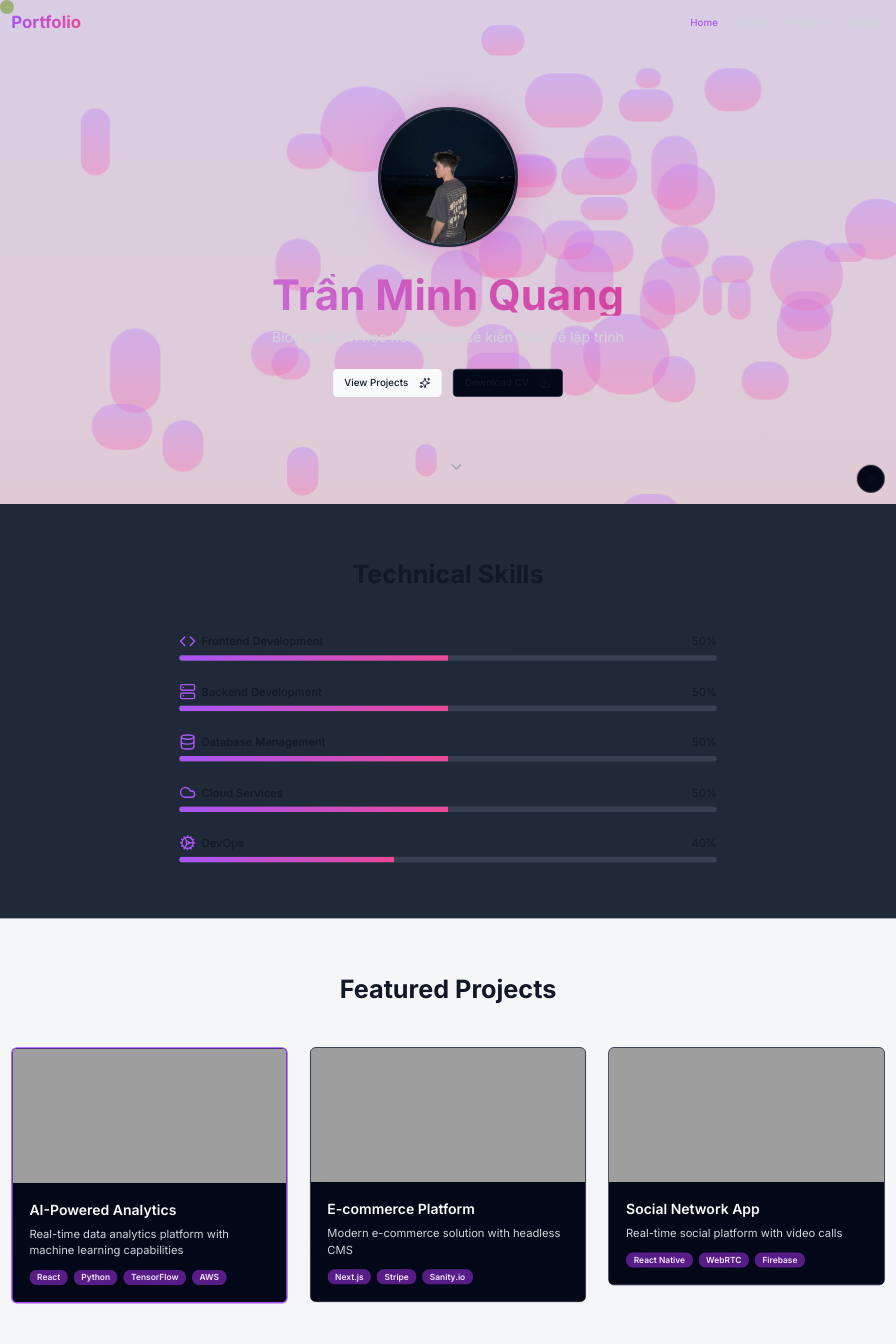
Repository: minhquang203/blog
Page: /
An editor plug-in stored every save of this project. The page is shown before and after a run of saves, followed by the edit.
The browser window is 1280 px wide. The pictures show the part of the page from y = 0 to 1920 px (the page is 2676 px tall), at 70% of full size.
Pictures or frames that could not be fetched are drawn as grey boxes. The project was rebuilt for these pictures with package versions that can differ from the ones it lists, and the page was loaded fresh each time. The framework's server and built-in components were replaced by stand-ins that run in the browser. Also part of the build but not shown: next.config.ts.

Above is the page before, as saved 2024-12-24 18:18:01.

### app/layout.tsx
import { Inter } from 'next/font/google'
import './globals.css'

const inter = Inter({ subsets: ['latin'] })

export default function RootLayout({
  children,
}: {
  children: React.ReactNode
}) {
  return (
    <html lang="en" className="scroll-smooth">
      <head>
        <title>Minh Quang - Web Developer Portfolio</title>
        <meta name="description" content="Full Stack Web Developer specializing in React, Node.js, and modern web technologies" />
      </head>
      <body className={`${inter.className} dark:bg-gray-900`}>
        {children}
      </body>
    </html>
  )
}

### app/page.tsx
"use client";

import { ContactForm } from "@/components/ContactForm";
import { Navbar } from "@/components/Navbar";
import { ProjectCard } from "@/components/ProjectCard";
import { SkillBar } from "@/components/SkillBar";
import { Button } from "@/components/ui/button";
import { motion, useScroll } from "framer-motion";
import {
  ChevronDown,
  Cloud,
  Code,
  Cog,
  Database,
  Download,
  Github,
  Globe,
  Linkedin,
  Mail,
  Moon,
  Server,
  Sparkles,
  Sun,
} from "lucide-react";
import dynamic from "next/dynamic";
import Image from "next/image";
import { useState } from "react";

const AnimatedBackground = dynamic(
  () => import("@/components/AnimatedBackground"),
  { ssr: false }
);
const AnimatedCursor = dynamic(() => import("@/components/AnimatedCursor"), {
  ssr: false,
});

const fadeInUp = {
  hidden: { opacity: 0, y: 20 },
  visible: { opacity: 1, y: 0, transition: { duration: 0.6 } },
};

export default function Home() {
  const [theme, setTheme] = useState("dark");
  const { scrollY } = useScroll();
  const [activeSection, setActiveSection] = useState("home");

  const skills = [
    { name: "Frontend Development", level:50, icon: Code },
    { name: "Backend Development", level: 50, icon: Server },
    { name: "Database Management", level: 50, icon: Database },
    { name: "Cloud Services", level: 50, icon: Cloud },
    { name: "DevOps", level: 40, icon: Cog },
  ];

  const projects = [
    {
      title: "AI-Powered Analytics",
      description:
        "Real-time data analytics platform with machine learning capabilities",
      image: "/placeholder.svg?height=400&width=600",
      tags: ["React", "Python", "TensorFlow", "AWS"],
      link: "#",
      featured: true,
    },
    {
      title: "E-commerce Platform",
      description: "Modern e-commerce solution with headless CMS",
      image: "/placeholder.svg?height=400&width=600",
      tags: ["Next.js", "Stripe", "Sanity.io"],
      link: "#",
    },
    {
      title: "Social Network App",
      description: "Real-time social platform with video calls",
      image: "/placeholder.svg?height=400&width=600",
      tags: ["React Native", "WebRTC", "Firebase"],
      link: "#",
    },
  ];

  const toggleTheme = () => {
    setTheme(theme === "dark" ? "light" : "dark");
    document.documentElement.classList.toggle("dark");
  };

  return (
    <div
      className={`min-h-screen bg-gradient-to-b from-gray-50 to-gray-100 dark:from-gray-900 dark:to-gray-800 text-gray-900 dark:text-white transition-colors duration-300 ${theme}`}
    >
      <AnimatedCursor />
      <Navbar
        activeSection={activeSection}
        setActiveSection={setActiveSection}
      />

      {/* Hero Section */}
      <section
        id="home"
        className="relative min-h-screen flex items-center justify-center overflow-hidden"
      >
        <AnimatedBackground />
        <div className="container mx-auto px-4 z-10">
          <motion.div
            initial={{ opacity: 0, y: 20 }}
            animate={{ opacity: 1, y: 0 }}
            transition={{ duration: 0.8 }}
            className="text-center"
          >
            <motion.div
              initial={{ scale: 0 }}
              animate={{ scale: 1 }}
              transition={{ type: "spring", stiffness: 260, damping: 20 }}
              className="relative inline-block mb-8"
            >
              <div className="absolute inset-0 animate-pulse bg-gradient-to-r from-purple-400 to-pink-600 rounded-full blur-xl opacity-50"></div>
              <Image
                src="/minhquang.jpg?height=200&width=200"
                alt="Profile"
                width={200}
                height={200}
                className="rounded-full relative z-10 border-4 border-white dark:border-gray-800"
              />
            </motion.div>
            <motion.h1
              className="text-6xl font-bold mb-4 bg-clip-text text-transparent bg-gradient-to-r from-purple-400 to-pink-600"
              initial={{ opacity: 0 }}
              animate={{ opacity: 1 }}
              transition={{ delay: 0.2 }}
            >
              Trần Minh Quang
            </motion.h1>
            <motion.p
              className="text-xl mb-8 text-gray-600 dark:text-gray-300"
              initial={{ opacity: 0 }}
              animate={{ opacity: 1 }}
              transition={{ delay: 0.3 }}
            >
              Blog cá nhân học hỏi và chia sẻ kiến thức về lập trình
            </motion.p>
            <motion.div
              initial={{ opacity: 0 }}
              animate={{ opacity: 1 }}
              transition={{ delay: 0.4 }}
              className="flex justify-center gap-4"
            >
              <Button className="group">
                View Projects
                <Sparkles className="ml-2 h-4 w-4 transition-transform group-hover:rotate-12" />
              </Button>
              <Button variant="outline" className="group">
                Download CV
                <Download className="ml-2 h-4 w-4 transition-transform group-hover:-translate-y-1" />
              </Button>
            </motion.div>
          </motion.div>
        </div>
        <motion.div
          animate={{ y: [0, -10, 0] }}
          transition={{ duration: 2, repeat: Infinity }}
          className="absolute bottom-10 left-1/2 transform -translate-x-1/2"
        >
          <ChevronDown className="h-6 w-6 text-gray-400" />
        </motion.div>
      </section>

      {/* Skills Section */}
      <section id="skills" className="py-20 bg-white dark:bg-gray-800">
        <div className="container mx-auto px-4">
          <motion.h2
            className="text-4xl font-bold text-center mb-16"
            initial={{ opacity: 0 }}
            whileInView={{ opacity: 1 }}
            viewport={{ once: true }}
          >
            Technical Skills
          </motion.h2>
          <div className="max-w-3xl mx-auto space-y-8">
            {skills.map((skill, index) => (
              <SkillBar key={index} skill={skill} index={index} />
            ))}
          </div>
        </div>
      </section>

      {/* Projects Section */}
      <section id="projects" className="py-20">
        <div className="container mx-auto px-4">
          <motion.h2
            className="text-4xl font-bold text-center mb-16"
            initial={{ opacity: 0 }}
            whileInView={{ opacity: 1 }}
            viewport={{ once: true }}
          >
            Featured Projects
          </motion.h2>
          <div className="grid grid-cols-1 md:grid-cols-2 lg:grid-cols-3 gap-8">
            {projects.map((project, index) => (
              <ProjectCard key={index} project={project} index={index} />
            ))}
          </div>
        </div>
      </section>

      {/* Contact Section */}
      <section id="contact" className="py-20 bg-white dark:bg-gray-800">
        <div className="container mx-auto px-4">
          <motion.h2
            className="text-4xl font-bold text-center mb-16"
            initial={{ opacity: 0 }}
            whileInView={{ opacity: 1 }}
            viewport={{ once: true }}
          >
            Let's Connect
          </motion.h2>
          <div className="max-w-4xl mx-auto">
            <ContactForm />
          </div>
          <motion.div
            className="flex justify-center space-x-6 mt-12"
            initial={{ opacity: 0 }}
            whileInView={{ opacity: 1 }}
            viewport={{ once: true }}
          >
            {[
              { icon: Github, href: "https://github.com", label: "GitHub" },
              {
                icon: Linkedin,
                href: "https://linkedin.com",
                label: "LinkedIn",
              },
              {
                icon: Mail,
                href: "mailto:contact@example.com",
                label: "Email",
              },
              { icon: Globe, href: "https://example.com", label: "Website" },
            ].map((item, index) => (
              <motion.a
                key={index}
                href={item.href}
                target="_blank"
                rel="noopener noreferrer"
                className="social-icon p-3 rounded-full bg-gray-100 dark:bg-gray-700 hover:bg-purple-100 dark:hover:bg-purple-900 transition-colors"
                whileHover={{ scale: 1.1 }}
                whileTap={{ scale: 0.95 }}
              >
                <item.icon className="h-6 w-6" />
                <span className="sr-only">{item.label}</span>
              </motion.a>
            ))}
          </motion.div>
        </div>
      </section>

      <Button
        className="fixed bottom-4 right-4 rounded-full p-2"
        variant="outline"
        size="icon"
        onClick={toggleTheme}
      >
        {theme === "dark" ? (
          <Sun className="h-5 w-5" />
        ) : (
          <Moon className="h-5 w-5" />
        )}
      </Button>
    </div>
  );
}

### components/ContactForm.tsx
'use client'

import { useState } from 'react'
import { motion } from 'framer-motion'
import { Button } from "@/components/ui/button"
import { Send } from 'lucide-react'

export function ContactForm() {
  const [isSubmitting, setIsSubmitting] = useState(false)

  const handleSubmit = async (e: React.FormEvent) => {
    e.preventDefault()
    setIsSubmitting(true)
    // Add your form submission logic here
    await new Promise(resolve => setTimeout(resolve, 1000))
    setIsSubmitting(false)
  }

  return (
    <motion.form
      initial={{ opacity: 0 }}
      whileInView={{ opacity: 1 }}
      viewport={{ once: true }}
      className="space-y-6"
      onSubmit={handleSubmit}
    >
      <div className="grid grid-cols-1 md:grid-cols-2 gap-6">
        <div>
          <label htmlFor="name" className="block text-sm font-medium mb-2">Name</label>
          <input
            type="text"
            id="name"
            required
            className="w-full p-3 rounded-lg bg-gray-100 dark:bg-gray-700 border-2 border-transparent focus:border-purple-500 transition-colors"
          />
        </div>
        <div>
          <label htmlFor="email" className="block text-sm font-medium mb-2">Email</label>
          <input
            type="email"
            id="email"
            required
            className="w-full p-3 rounded-lg bg-gray-100 dark:bg-gray-700 border-2 border-transparent focus:border-purple-500 transition-colors"
          />
        </div>
      </div>
      <div>
        <label htmlFor="message" className="block text-sm font-medium mb-2">Message</label>
        <textarea
          id="message"
          required
          rows={6}
          className="w-full p-3 rounded-lg bg-gray-100 dark:bg-gray-700 border-2 border-transparent focus:border-purple-500 transition-colors"
        ></textarea>
      </div>
      <Button
        type="submit"
        className="w-full md:w-auto"
        disabled={isSubmitting}
      >
        {isSubmitting ? (
          'Sending...'
        ) : (
          <>
            Send Message
            <Send className="ml-2 h-4 w-4" />
          </>
        )}
      </Button>
    </motion.form>
  )
}

### components/ProjectCard.tsx
'use client'

import Image from 'next/image'
import { motion } from 'framer-motion'
import { Card, CardContent } from "@/components/ui/card"
import { Badge } from "@/components/ui/badge"
import { ExternalLink, Github } from 'lucide-react'

interface ProjectCardProps {
  project: {
    title: string
    description: string
    image: string
    tags: string[]
    link: string
    featured?: boolean
  }
  index: number
}

export function ProjectCard({ project, index }: ProjectCardProps) {
  return (
    <motion.div
      initial={{ opacity: 0, y: 50 }}
      whileInView={{ opacity: 1, y: 0 }}
      transition={{ duration: 0.5, delay: index * 0.1 }}
    >
      <Card className={`overflow-hidden hover:shadow-xl transition-shadow duration-300 ${
        project.featured ? 'border-2 border-purple-500' : ''
      }`}>
        <div className="relative group">
          <Image
            src={project.image}
            alt={project.title}
            width={600}
            height={400}
            className="w-full h-48 object-cover transition-transform duration-300 group-hover:scale-110"
          />
          <div className="absolute inset-0 bg-black bg-opacity-50 opacity-0 group-hover:opacity-100 transition-opacity duration-300 flex items-center justify-center">
            <div className="flex space-x-4">
              <a
                href={project.link}
                target="_blank"
                rel="noopener noreferrer"
                className="p-2 bg-white rounded-full hover:bg-purple-500 hover:text-white transition-colors"
              >
                <ExternalLink className="h-6 w-6" />
              </a>
              <a
                href="#"
                target="_blank"
                rel="noopener noreferrer"
                className="p-2 bg-white rounded-full hover:bg-purple-500 hover:text-white transition-colors"
              >
                <Github className="h-6 w-6" />
              </a>
            </div>
          </div>
        </div>
        <CardContent className="p-6">
          <h3 className="text-xl font-semibold mb-2">{project.title}</h3>
          <p className="text-gray-600 dark:text-gray-300 mb-4">{project.description}</p>
          <div className="flex flex-wrap gap-2">
            {project.tags.map((tag, tagIndex) => (
              <Badge key={tagIndex} variant="secondary" className="bg-purple-100 dark:bg-purple-900 text-purple-800 dark:text-purple-100">
                {tag}
              </Badge>
            ))}
          </div>
        </CardContent>
      </Card>
    </motion.div>
  )
}

### components/SkillBar.tsx
'use client'

import { motion } from 'framer-motion'
import { type LucideIcon } from 'lucide-react'

interface SkillBarProps {
  skill: {
    name: string
    level: number
    icon: LucideIcon
  }
  index: number
}

export function SkillBar({ skill, index }: SkillBarProps) {
  return (
    <motion.div
      initial={{ opacity: 0, x: -50 }}
      whileInView={{ opacity: 1, x: 0 }}
      transition={{ duration: 0.5, delay: index * 0.1 }}
      className="relative"
    >
      <div className="flex items-center mb-2">
        <skill.icon className="h-6 w-6 mr-2 text-purple-500" />
        <span className="font-medium">{skill.name}</span>
        <span className="ml-auto">{skill.level}%</span>
      </div>
      <div className="h-2 bg-gray-200 dark:bg-gray-700 rounded-full overflow-hidden">
        <motion.div
          className="h-full bg-gradient-to-r from-purple-500 to-pink-500"
          initial={{ width: 0 }}
          whileInView={{ width: `${skill.level}%` }}
          transition={{ duration: 1, delay: index * 0.1 }}
        />
      </div>
    </motion.div>
  )
}

### components/ui/button.tsx
import * as React from "react"
import { Slot } from "@radix-ui/react-slot"
import { cva, type VariantProps } from "class-variance-authority"

import { cn } from "@/lib/utils"

const buttonVariants = cva(
  "inline-flex items-center justify-center gap-2 whitespace-nowrap rounded-md text-sm font-medium ring-offset-background transition-colors focus-visible:outline-none focus-visible:ring-2 focus-visible:ring-ring focus-visible:ring-offset-2 disabled:pointer-events-none disabled:opacity-50 [&_svg]:pointer-events-none [&_svg]:size-4 [&_svg]:shrink-0",
  {
    variants: {
      variant: {
        default: "bg-primary text-primary-foreground hover:bg-primary/90",
        destructive:
          "bg-destructive text-destructive-foreground hover:bg-destructive/90",
        outline:
          "border border-input bg-background hover:bg-accent hover:text-accent-foreground",
        secondary:
          "bg-secondary text-secondary-foreground hover:bg-secondary/80",
        ghost: "hover:bg-accent hover:text-accent-foreground",
        link: "text-primary underline-offset-4 hover:underline",
      },
      size: {
        default: "h-10 px-4 py-2",
        sm: "h-9 rounded-md px-3",
        lg: "h-11 rounded-md px-8",
        icon: "h-10 w-10",
      },
    },
    defaultVariants: {
      variant: "default",
      size: "default",
    },
  }
)

export interface ButtonProps
  extends React.ButtonHTMLAttributes<HTMLButtonElement>,
    VariantProps<typeof buttonVariants> {
  asChild?: boolean
}

const Button = React.forwardRef<HTMLButtonElement, ButtonProps>(
  ({ className, variant, size, asChild = false, ...props }, ref) => {
    const Comp = asChild ? Slot : "button"
    return (
      <Comp
        className={cn(buttonVariants({ variant, size, className }))}
        ref={ref}
        {...props}
      />
    )
  }
)
Button.displayName = "Button"

export { Button, buttonVariants }

### components/AnimatedBackground.tsx
'use client'

import { motion } from 'framer-motion'

export default function AnimatedBackground() {
  return (
    <div className="absolute inset-0 overflow-hidden">
      <div className="absolute inset-0 bg-gradient-to-b from-purple-500/10 to-pink-500/10 dark:from-purple-900/20 dark:to-pink-900/20" />
      {[...Array(50)].map((_, i) => (
        <motion.div
          key={i}
          className="absolute bg-gradient-to-b from-purple-400 to-pink-400 rounded-full opacity-20 dark:opacity-40"
          initial={{
            x: Math.random() * window.innerWidth,
            y: Math.random() * window.innerHeight,
            scale: Math.random() * 0.5 + 0.5,
          }}
          animate={{
            x: Math.random() * window.innerWidth,
            y: Math.random() * window.innerHeight,
            transition: {
              duration: Math.random() * 10 + 20,
              repeat: Infinity,
              repeatType: "reverse",
            },
          }}
          style={{
            width: Math.random() * 100 + 50,
            height: Math.random() * 100 + 50,
          }}
        />
      ))}
    </div>
  )
}

### components/AnimatedCursor.tsx
'use client'

import { useEffect, useState } from 'react'
import { motion, useSpring } from 'framer-motion'

export default function AnimatedCursor() {
  const [mousePosition, setMousePosition] = useState({ x: 0, y: 0 })
  const [isClient, setIsClient] = useState(false)

  const smoothMouse = useSpring(mousePosition)

  useEffect(() => {
    setIsClient(true)
    const updateMousePosition = (e: MouseEvent) => {
      setMousePosition({ x: e.clientX, y: e.clientY })
    }

    window.addEventListener('mousemove', updateMousePosition)
    return () => window.removeEventListener('mousemove', updateMousePosition)
  }, [])

  if (!isClient) return null

  return (
    <motion.div
      className="fixed top-0 left-0 pointer-events-none z-50 rounded-full mix-blend-difference"
      style={{
        x: smoothMouse.x,
        y: smoothMouse.y,
        width: 20,
        height: 20,
        backgroundColor: 'rgba(124, 58, 237, 0.5)',
      }}
    />
  )
}

### components/ui/card.tsx
import * as React from "react"

import { cn } from "@/lib/utils"

const Card = React.forwardRef<
  HTMLDivElement,
  React.HTMLAttributes<HTMLDivElement>
>(({ className, ...props }, ref) => (
  <div
    ref={ref}
    className={cn(
      "rounded-lg border bg-card text-card-foreground shadow-sm",
      className
    )}
    {...props}
  />
))
Card.displayName = "Card"

const CardHeader = React.forwardRef<
  HTMLDivElement,
  React.HTMLAttributes<HTMLDivElement>
>(({ className, ...props }, ref) => (
  <div
    ref={ref}
    className={cn("flex flex-col space-y-1.5 p-6", className)}
    {...props}
  />
))
CardHeader.displayName = "CardHeader"

const CardTitle = React.forwardRef<
  HTMLDivElement,
  React.HTMLAttributes<HTMLDivElement>
>(({ className, ...props }, ref) => (
  <div
    ref={ref}
    className={cn(
      "text-2xl font-semibold leading-none tracking-tight",
      className
    )}
    {...props}
  />
))
CardTitle.displayName = "CardTitle"

const CardDescription = React.forwardRef<
  HTMLDivElement,
  React.HTMLAttributes<HTMLDivElement>
>(({ className, ...props }, ref) => (
  <div
    ref={ref}
    className={cn("text-sm text-muted-foreground", className)}
    {...props}
  />
))
CardDescription.displayName = "CardDescription"

const CardContent = React.forwardRef<
  HTMLDivElement,
  React.HTMLAttributes<HTMLDivElement>
>(({ className, ...props }, ref) => (
  <div ref={ref} className={cn("p-6 pt-0", className)} {...props} />
))
CardContent.displayName = "CardContent"

const CardFooter = React.forwardRef<
  HTMLDivElement,
  React.HTMLAttributes<HTMLDivElement>
>(({ className, ...props }, ref) => (
  <div
    ref={ref}
    className={cn("flex items-center p-6 pt-0", className)}
    {...props}
  />
))
CardFooter.displayName = "CardFooter"

export { Card, CardHeader, CardFooter, CardTitle, CardDescription, CardContent }

### components/ui/badge.tsx
import * as React from "react"
import { cva, type VariantProps } from "class-variance-authority"

import { cn } from "@/lib/utils"

const badgeVariants = cva(
  "inline-flex items-center rounded-full border px-2.5 py-0.5 text-xs font-semibold transition-colors focus:outline-none focus:ring-2 focus:ring-ring focus:ring-offset-2",
  {
    variants: {
      variant: {
        default:
          "border-transparent bg-primary text-primary-foreground hover:bg-primary/80",
        secondary:
          "border-transparent bg-secondary text-secondary-foreground hover:bg-secondary/80",
        destructive:
          "border-transparent bg-destructive text-destructive-foreground hover:bg-destructive/80",
        outline: "text-foreground",
      },
    },
    defaultVariants: {
      variant: "default",
    },
  }
)

export interface BadgeProps
  extends React.HTMLAttributes<HTMLDivElement>,
    VariantProps<typeof badgeVariants> {}

function Badge({ className, variant, ...props }: BadgeProps) {
  return (
    <div className={cn(badgeVariants({ variant }), className)} {...props} />
  )
}

export { Badge, badgeVariants }

Loaded but not shown: lib/utils.ts (common file); tailwind.config.ts (common file); app/globals.css (252 lines, source omitted); components/Navbar.tsx (117 lines, source omitted)

After the next 3 saves:
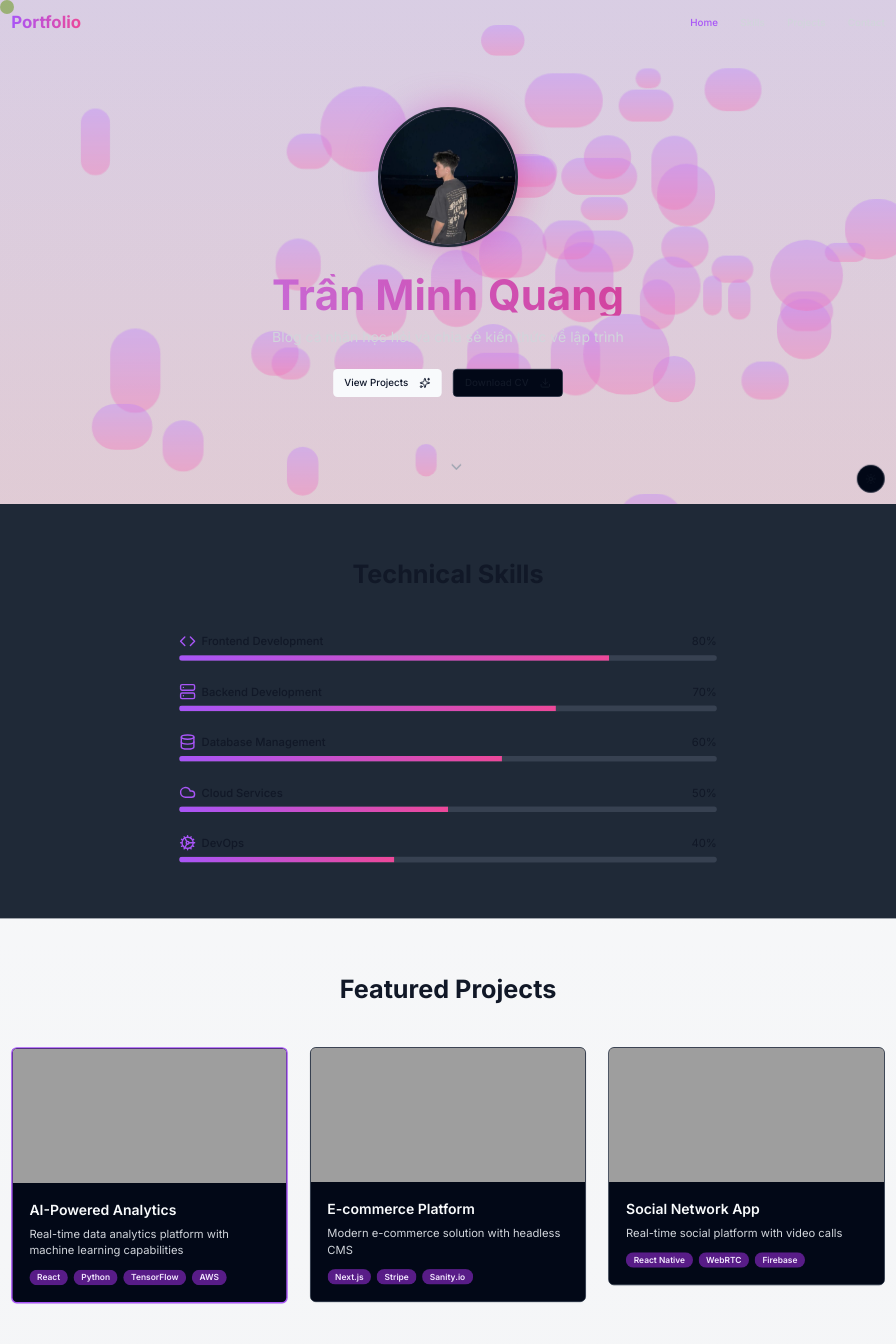
The 3 saves are shown as one change because they came seconds apart.
The last was saved 15 s later.
--- a/app/page.tsx
+++ b/app/page.tsx
@@ -45,9 +45,9 @@ export default function Home() {
   const [activeSection, setActiveSection] = useState("home");
 
   const skills = [
-    { name: "Frontend Development", level:50, icon: Code },
-    { name: "Backend Development", level: 50, icon: Server },
-    { name: "Database Management", level: 50, icon: Database },
+    { name: "Frontend Development", level:80, icon: Code },
+    { name: "Backend Development", level: 70, icon: Server },
+    { name: "Database Management", level: 60, icon: Database },
     { name: "Cloud Services", level: 50, icon: Cloud },
     { name: "DevOps", level: 40, icon: Cog },
   ];
